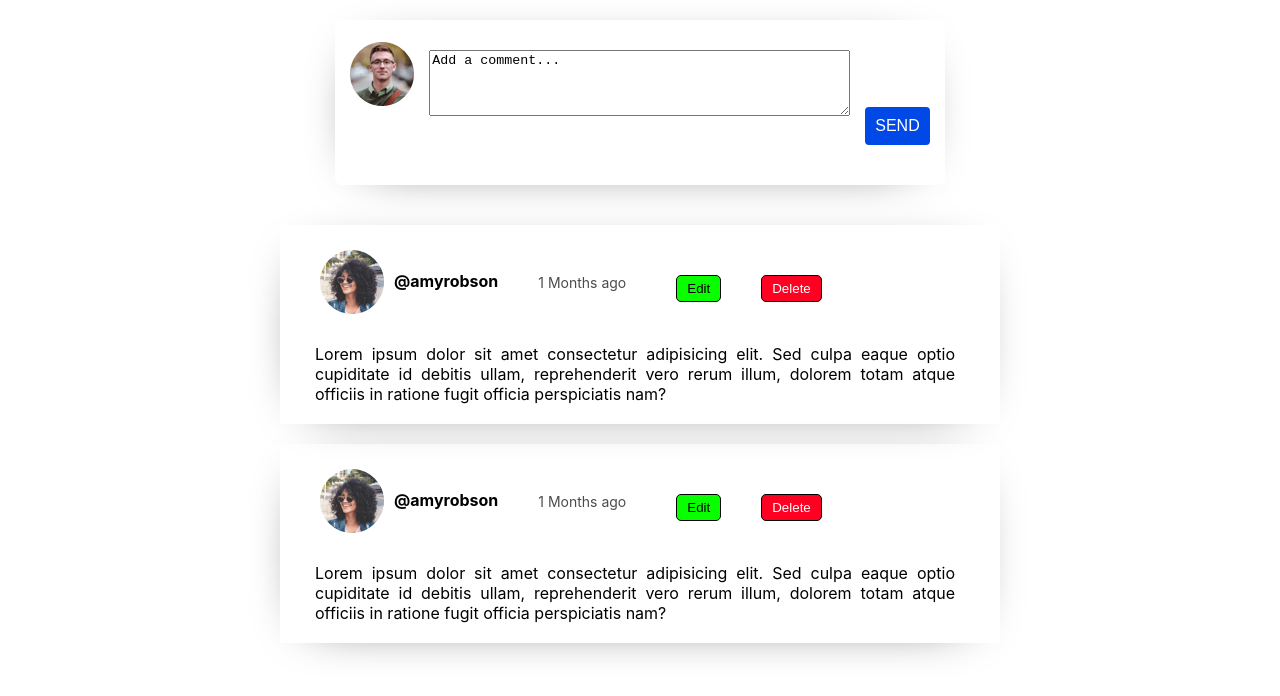
Repository: badhon252/interactive-comments-section
Page: /
The author's editor kept a copy of each file at every save. The page is drawn from the files as they stood at one save, then again after the next save.
The browser window is 1280 px wide. The pictures show the whole page.
The project was rebuilt for these pictures with package versions that can differ from the ones it lists, and the page was loaded fresh each time.

Above is the page before, as saved 2022-01-27 23:08:43.

### public/index.html
<!DOCTYPE html>
<html lang="en">

<head>
  <meta charset="utf-8" />
  <link rel="icon" href="%PUBLIC_URL%/favicon.ico" />
  <meta name="viewport" content="width=device-width, initial-scale=1" />
  <meta name="theme-color" content="#000000" />
  <meta name="description" content="Web site created using create-react-app" />
  <link rel="apple-touch-icon" href="%PUBLIC_URL%/logo192.png" />

  <link rel="manifest" href="%PUBLIC_URL%/manifest.json" />

  <title>interactive-comments-section</title>
</head>

<body>
  <noscript>You need to enable JavaScript to run this app.</noscript>
  <div id="root"></div>

</body>

</html>

### src/App.js
import WriteComments from "./components/WriteComments";
// import WriteComments from "./components/WriteComments";

function App() {
  return (
    <div className="App">
      <WriteComments />
    </div>
  );
}

export default App;

### src/components/WriteComments.js
import React from "react";
import "../App.css";
import Avatar from "../images/avatars/image-juliusomo.png";
import Comments from "./Comments";
export default function WriteComments() {
  return (
    <div className="main-div">
      <div className="comment-input ">
        <form action="" className="comment-section shadow">
          <img src={Avatar} alt="images" className="my-img" />
          <textarea name="" id="" rows="4" cols="50">
            Add a comment...
          </textarea>
          <button className="submit-btn">SEND</button>
        </form>{" "}
      </div>
      <Comments />
      <Comments />
    </div>
  );
}

### src/App.css
.main-div {
  /* width: 40rem; */
  /* margin: auto; */
}
.comment-input {
  display: flex;
  justify-content: center;
}
.comment-section {
  padding: 15px;
  margin: 20px;
  border-radius: 7px;
}

.submit-btn {
  background-color: rgb(0, 73, 231);
  color: white;
  border: none;
  border-radius: 4px;
  font-size: 1rem;
  padding: 10px;
  margin-bottom: 25px;
  /* align-items: flex-start; */
}

.my-img {
  max-width: 80%;
  margin-bottom: 25px;
}
textarea {
  margin: 15px;
}

.shadow {
  box-shadow: -3px 7px 54px -36px rgba(0, 0, 0, 1);
  -webkit-box-shadow: -3px 7px 54px -36px rgba(0, 0, 0, 1);
  -moz-box-shadow: -3px 7px 54px -36px rgba(0, 0, 0, 1);
}

/* single comment section ==== */
.comments {
  margin: 20px auto;
  width: 45rem;
  text-align: justify;
}
.profile-info {
  display: flex;
  /* justify-content: left; */
  padding: 25px 0 10px 40px;
}
.random-img {
  max-width: 80%;
}
.name {
  padding: 0 10px;
}
.single-comment {
  width: 40rem;
  padding: 0 15px 20px 15px;
  margin: 20px;
}

.time {
  font-size: 14px;
  opacity: 70%;
  padding-top: 24px;
  padding-left: 30px;
}
.btn {
  /* text-align: center; */
  text-align: right;
  padding-top: 24px;
  padding-left: 30px;
  font-size: 1.2rem;
}
.edit {
  background-color: rgb(9, 255, 0);
  border: 1px solid black;
  padding: 5px 10px;
  border-radius: 5px;
  margin: 0 20px;
}

.delete {
  background-color: rgb(255, 0, 34);
  border: 1px solid black;
  color: #fff;
  padding: 5px 10px;
  border-radius: 5px;
  margin: 0 20px;
}

### src/components/Comments.js
import React from "react";
import avartar from "../images/avatars/image-amyrobson.png";
// import { FaTrash } from "react-icons/fa";

const Comments = () => {
  return (
    <div className="comments shadow">
      <div className="profile-info">
        <img src={avartar} alt="" className="random-img" />
        <h4 className="name">@amyrobson</h4>
        <span className="time"> 1 Months ago</span>
        <div className="btn">
          <button className="edit">Edit</button>
          <button className="delete">Delete</button>
        </div>
      </div>

      <p className="single-comment">
        Lorem ipsum dolor sit amet consectetur adipisicing elit. Sed culpa eaque
        optio cupiditate id debitis ullam, reprehenderit vero rerum illum,
        dolorem totam atque officiis in ratione fugit officia perspiciatis nam?
      </p>
    </div>
  );
};

export default Comments;

Loaded but not shown: src/index.js (common file); src/index.css (common file); src/reportWebVitals.js (common file)

After the next save:
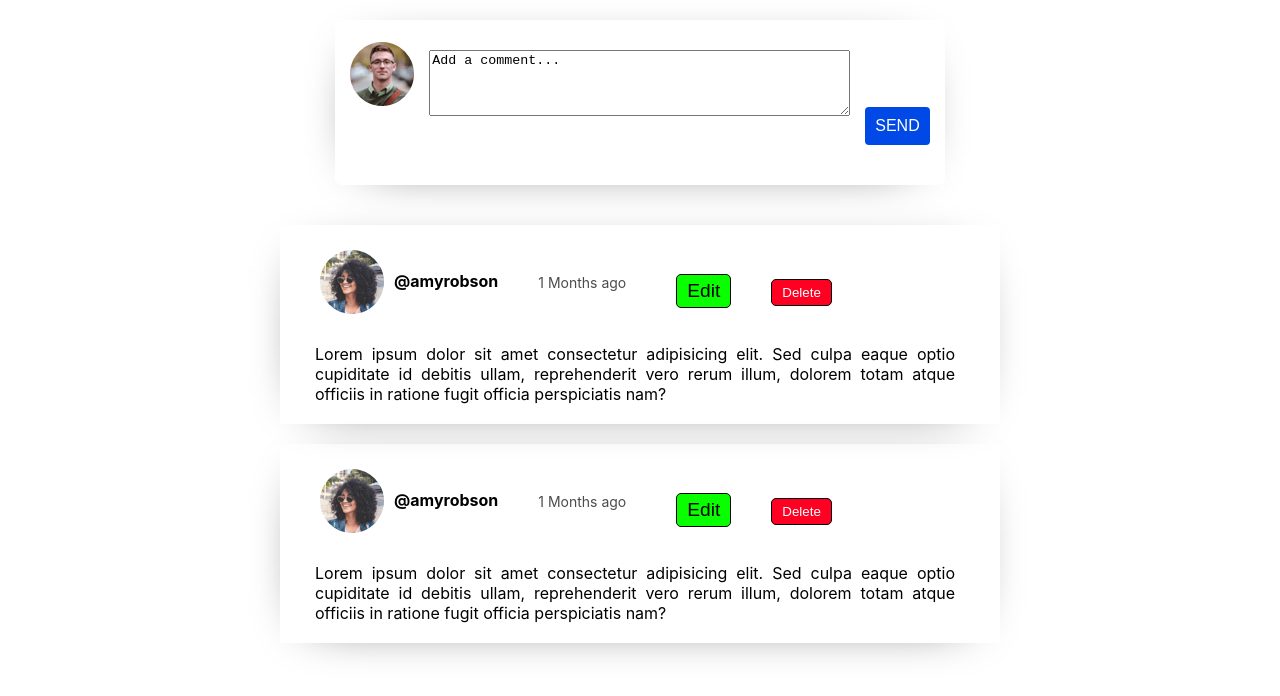
Saved 8 s later.
--- a/src/App.css
+++ b/src/App.css
@@ -71,9 +71,9 @@ textarea {
   text-align: right;
   padding-top: 24px;
   padding-left: 30px;
-  font-size: 1.2rem;
 }
 .edit {
+  font-size: 1.2rem;
   background-color: rgb(9, 255, 0);
   border: 1px solid black;
   padding: 5px 10px;
